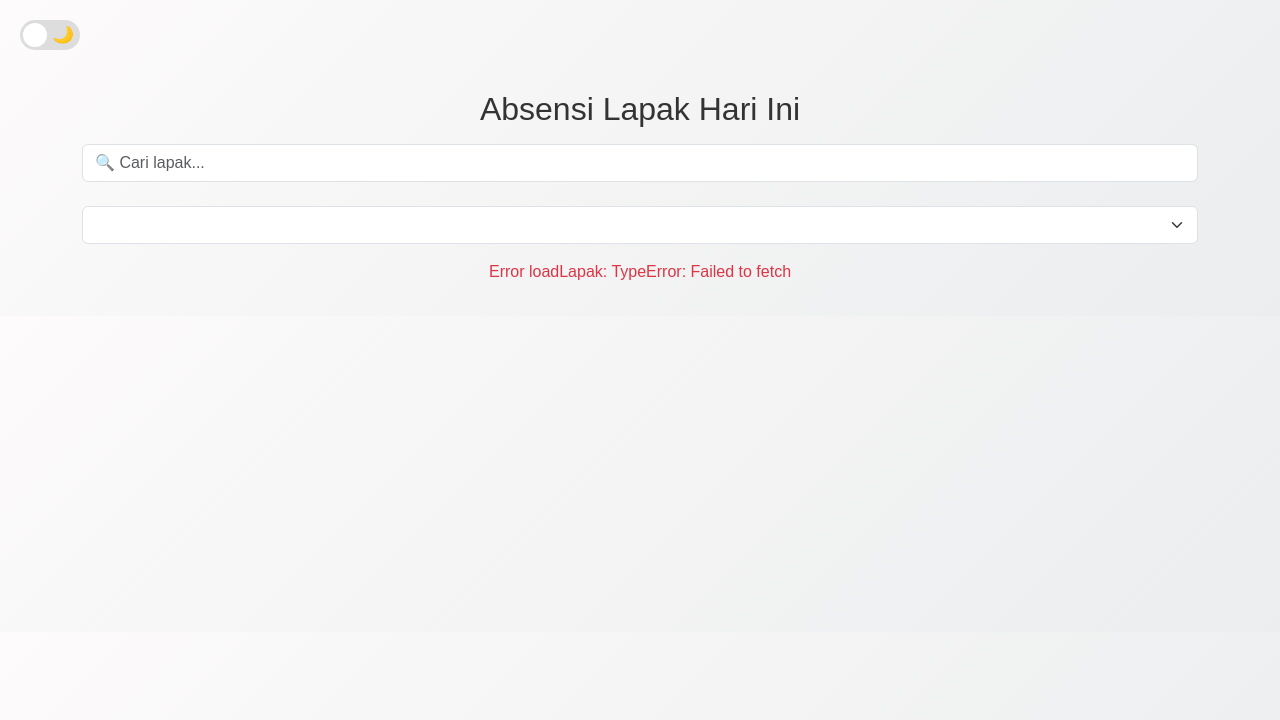
Repository: pasarrakyatbak/absensi
Page: index.html
These files come from the project's save history. The page is drawn as it stood at one moment and after a run of saves; the edit follows.
The browser window is 1280 px wide. The pictures show the whole page.
The page's requests for data from a server got no answer.

Above is the page before, as saved 2025-09-22 18:49:52.

After the next 2 saves:
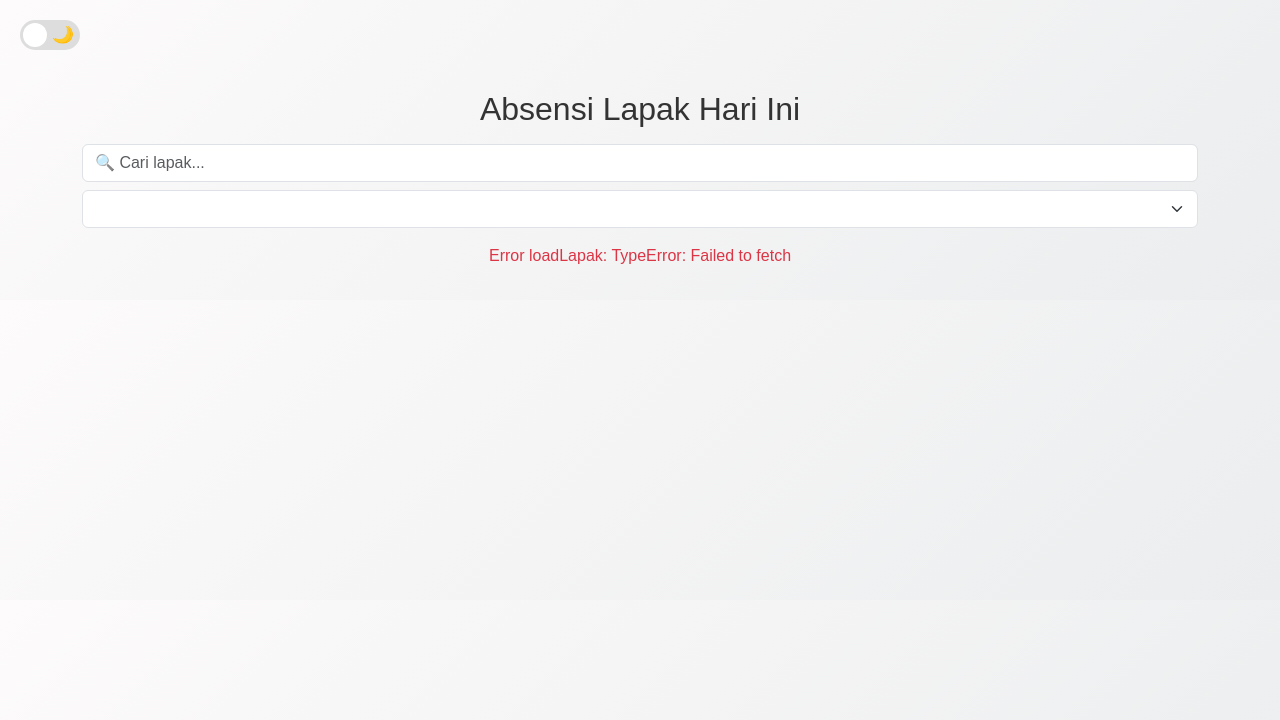
The 2 saves are shown as one change because they came seconds apart.
The last was saved 12 s later.
--- a/index.html
+++ b/index.html
@@ -29,10 +29,13 @@
         <div id="absensiInfoBanner" class="alert text-center mb-3"></div>
         <!-- Judul & Search -->
         <h2 class="mb-3 text-center">Absensi Lapak Hari Ini</h2>
-        <input type="text" id="searchInput" class="form-control mb-4" placeholder="🔍 Cari lapak...">
-        <select id="lapakPageSelect" class="form-select mb-3">
-            <!-- Option akan diisi otomatis dari JS -->
-        </select>
+        <!-- Sticky Search + Dropdown (nanti tinggal dikasih CSS sticky) -->
+        <div class="mb-3" id="stickyHeader">
+            <input type="text" id="searchInput" class="form-control mb-2" placeholder="🔍 Cari lapak...">
+            <select id="lapakPageSelect" class="form-select">
+                <!-- Option diisi otomatis dari JS -->
+            </select>
+        </div>
         <!-- Daftar Lapak -->
         <div id="lapakContainer" class="row"></div>
     </div>

After the 5 saves that followed:
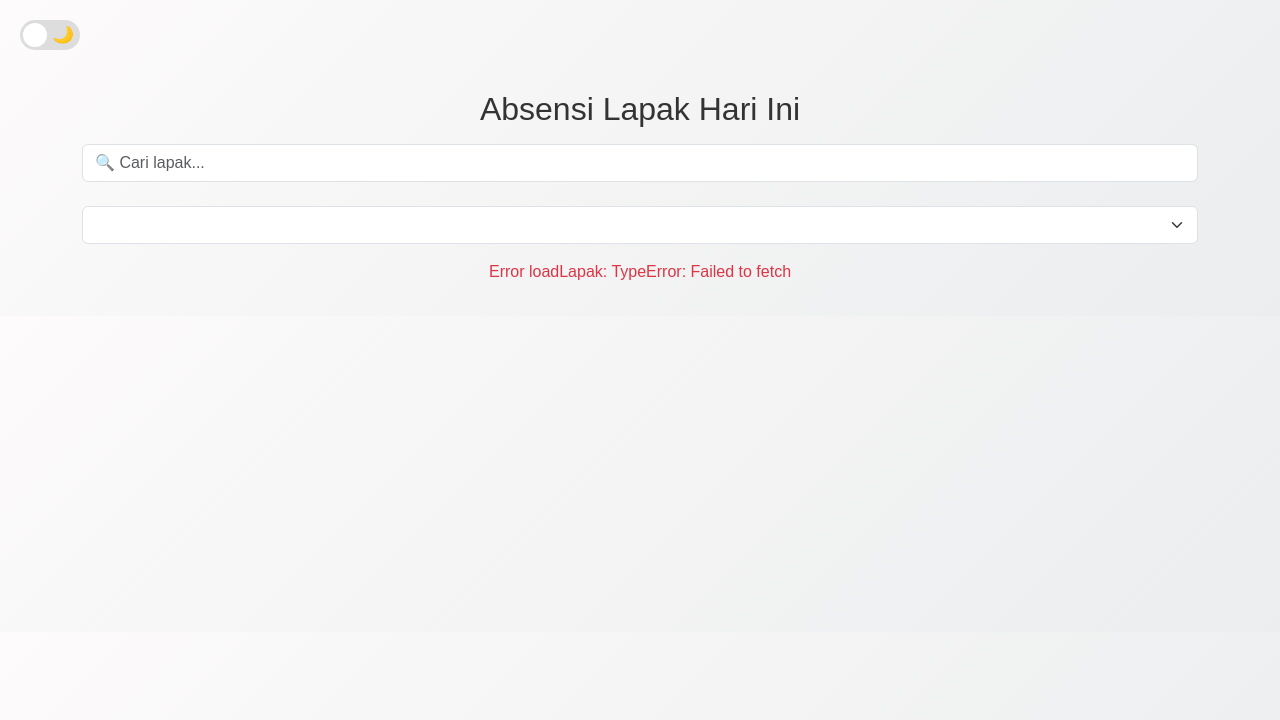
The 5 saves are shown as one change because 1 left the picture as it was and some came seconds apart.
The last was saved 3 min 52 s later.
--- a/index.html
+++ b/index.html
@@ -29,13 +29,10 @@
         <div id="absensiInfoBanner" class="alert text-center mb-3"></div>
         <!-- Judul & Search -->
         <h2 class="mb-3 text-center">Absensi Lapak Hari Ini</h2>
-        <!-- Sticky Search + Dropdown (nanti tinggal dikasih CSS sticky) -->
-        <div class="mb-3" id="stickyHeader">
-            <input type="text" id="searchInput" class="form-control mb-2" placeholder="🔍 Cari lapak...">
-            <select id="lapakPageSelect" class="form-select">
-                <!-- Option diisi otomatis dari JS -->
-            </select>
-        </div>
+        <input type="text" id="searchInput" class="form-control mb-4" placeholder="🔍 Cari lapak...">
+        <select id="lapakPageSelect" class="form-select mb-3">
+            <!-- Option akan diisi otomatis dari JS -->
+        </select>
         <!-- Daftar Lapak -->
         <div id="lapakContainer" class="row"></div>
     </div>
@@ -61,9 +58,6 @@
     </div>
 
     <script src="script.js"></script>
-    <!-- Toast Notification -->
-    <div id="toastContainer" class="toast-container"></div>
-    <script src="https://cdn.jsdelivr.net/npm/sweetalert2@11"></script>
 </body>
 
 </html>
